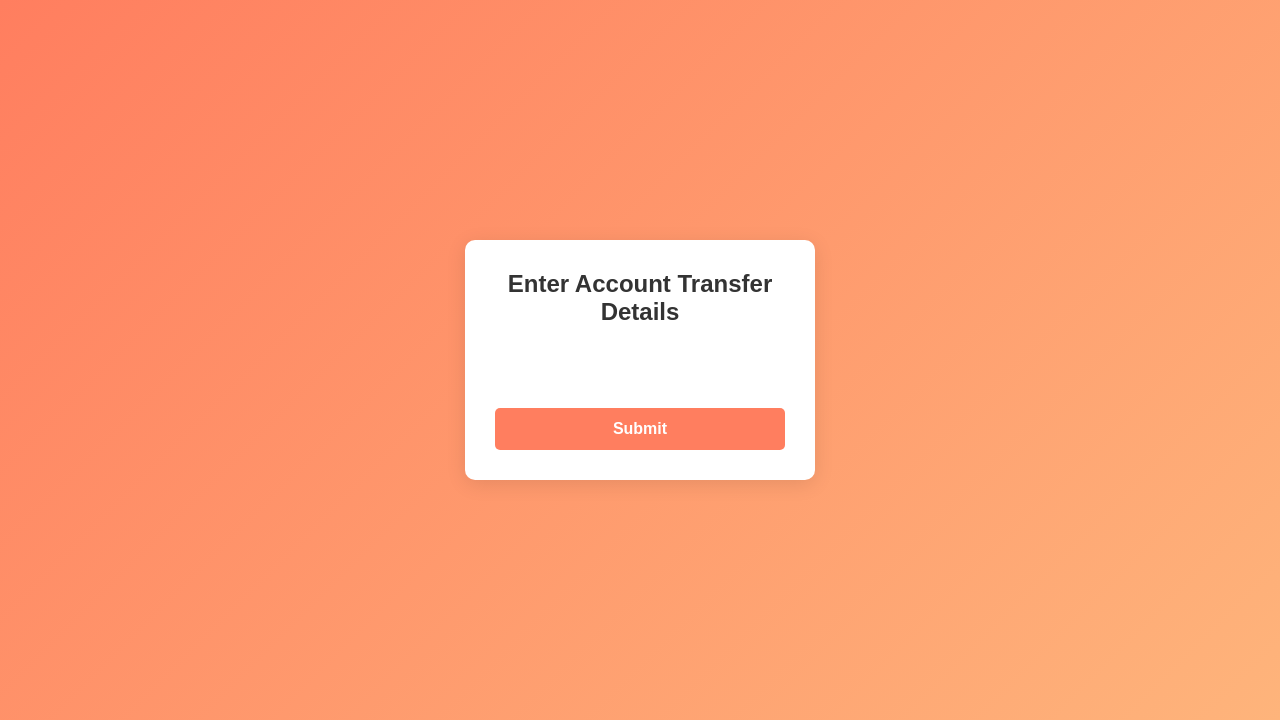
Repository: PeruriNaresh/Bank_Project
Page: http://localhost/bank_project/Transaction.jsp
These files come from the project's save history. The page is drawn as it stood at one moment and after the next save; the edit follows.
The browser window is 1280 px wide. The pictures show the whole page.
The page is served by Tomcat 9.

Above is the page before, as saved 2024-10-26 10:46:52.

After the next save:
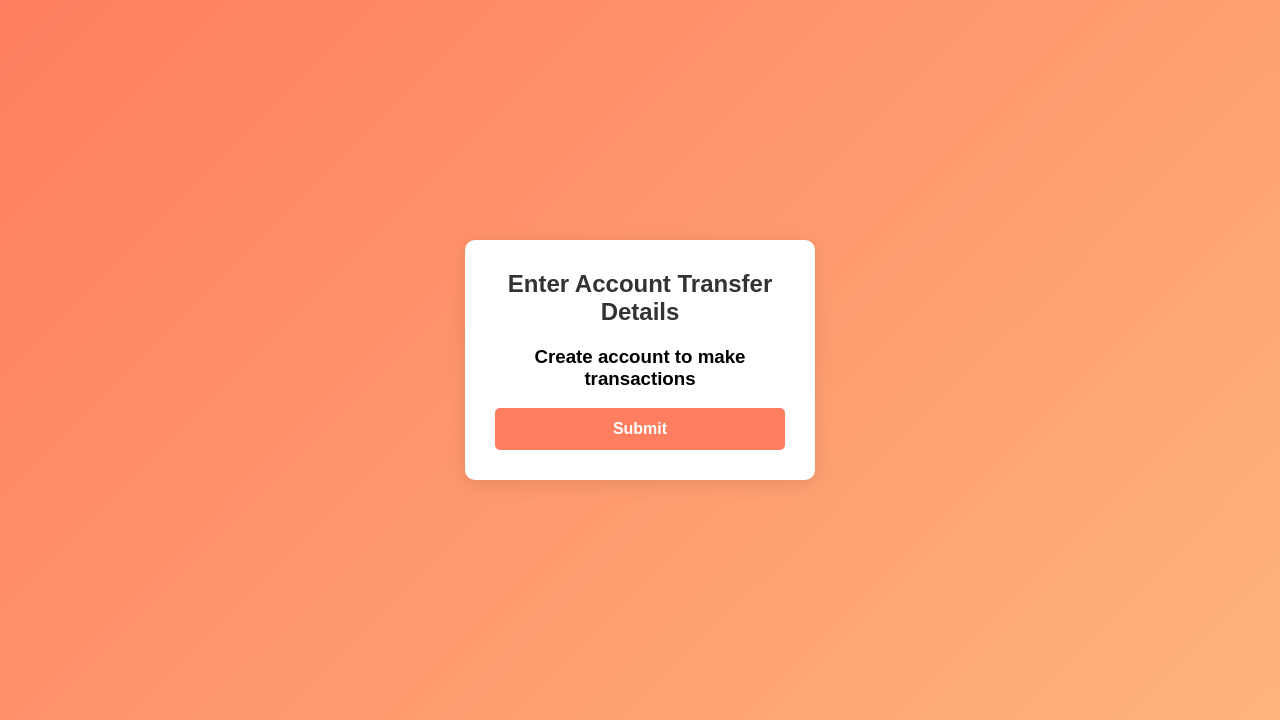
Saved 4 min 2 s later.
--- a/bank_project/src/main/webapp/Transaction.jsp
+++ b/bank_project/src/main/webapp/Transaction.jsp
@@ -100,7 +100,7 @@
 		}
     	else
     	{
-    		out.println("<h3 style='color:white;'>Create account to make transactions</h3>");
+    		out.println("<h3 style='color:black;'>Create account to make transactions</h3>");
     	}
     	String msg=(String)request.getAttribute("msg");
 		if(msg!=null)
